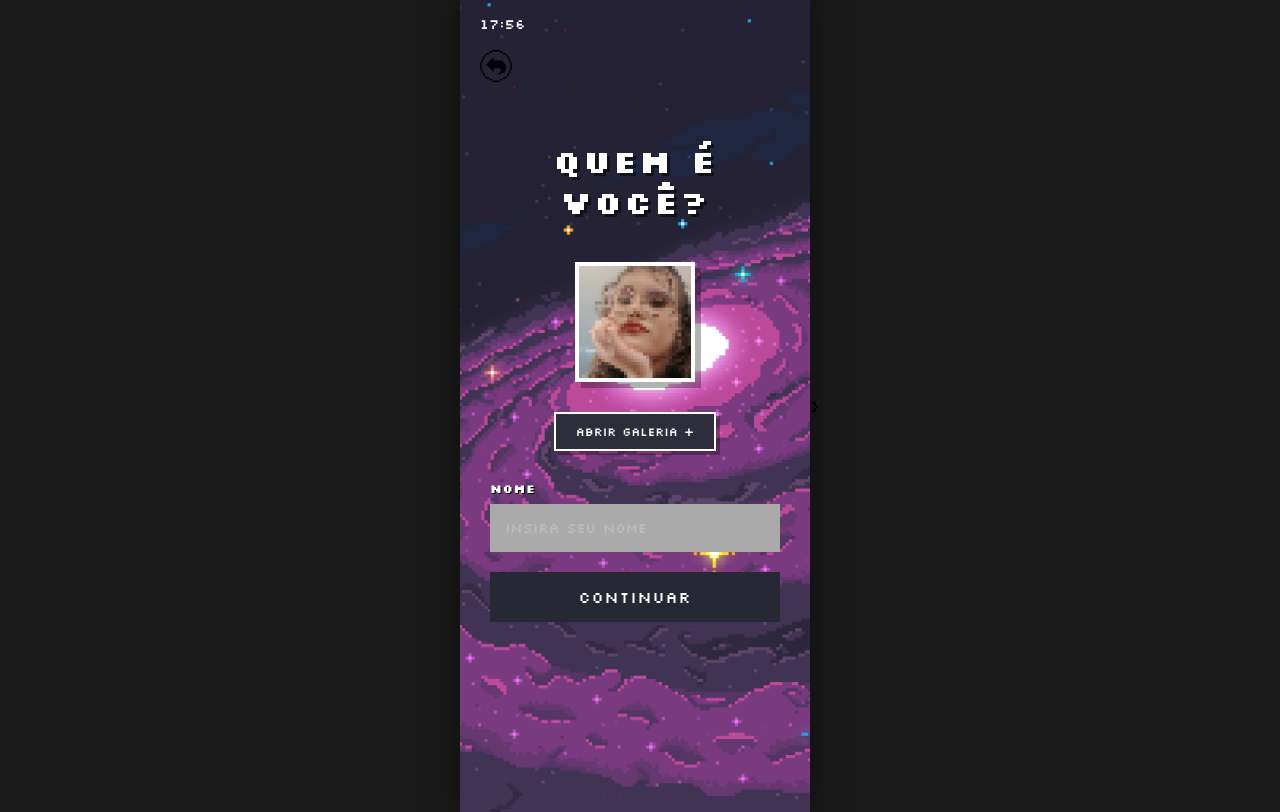
Repository: Davsool/Passport
Page: perfil.html
An editor plug-in stored every save of this project. The page is shown before and after a run of saves, followed by the edit.
The browser window is 1280 px wide. The pictures show the whole page.

Above is the page before, as saved 2025-12-30 02:19:52.

After the next 2 saves:
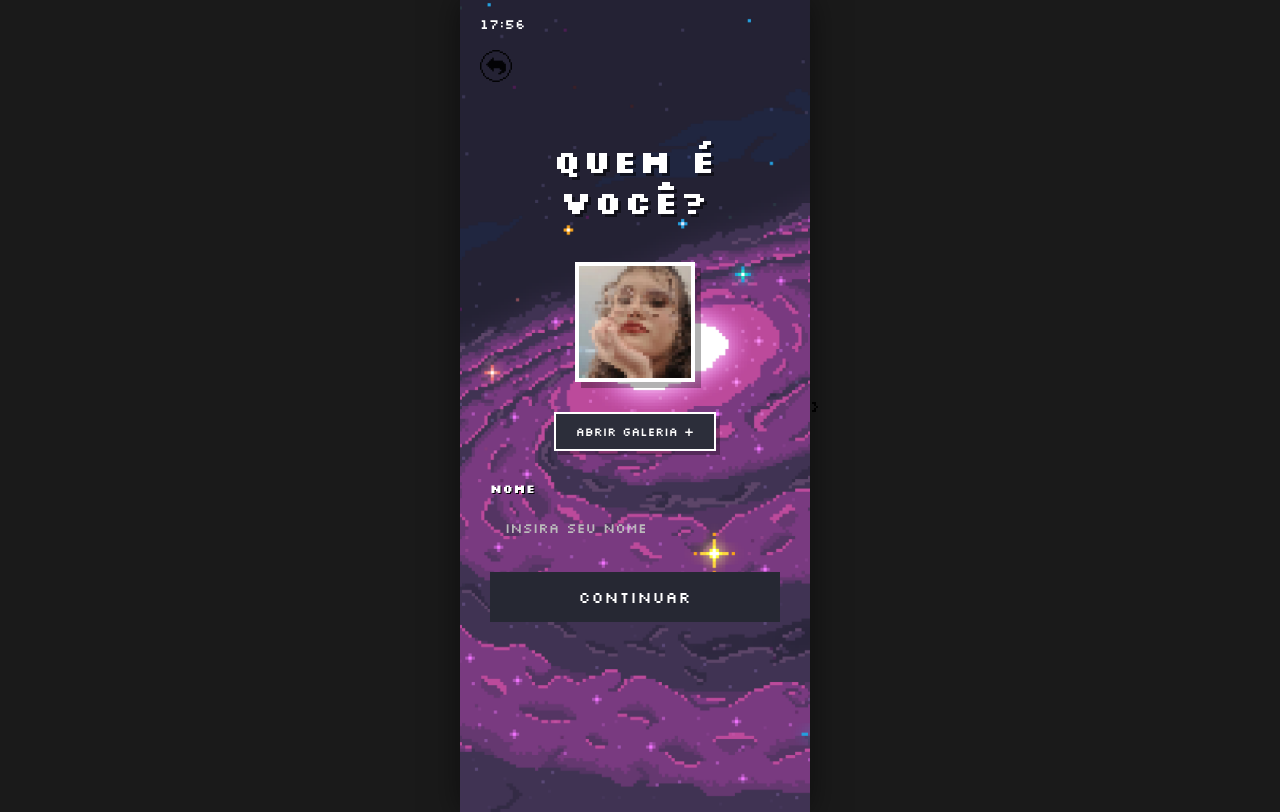
The 2 saves are shown as one change because they came seconds apart.
The last was saved 18 s later.
--- a/style.css
+++ b/style.css
@@ -101,7 +101,7 @@ input {
     padding: 15px;
     border: none;
     font-size: 14px;
-    background: #aaa;
+    background: transparent 10%;
     color: #555;
     outline: none;
 }
